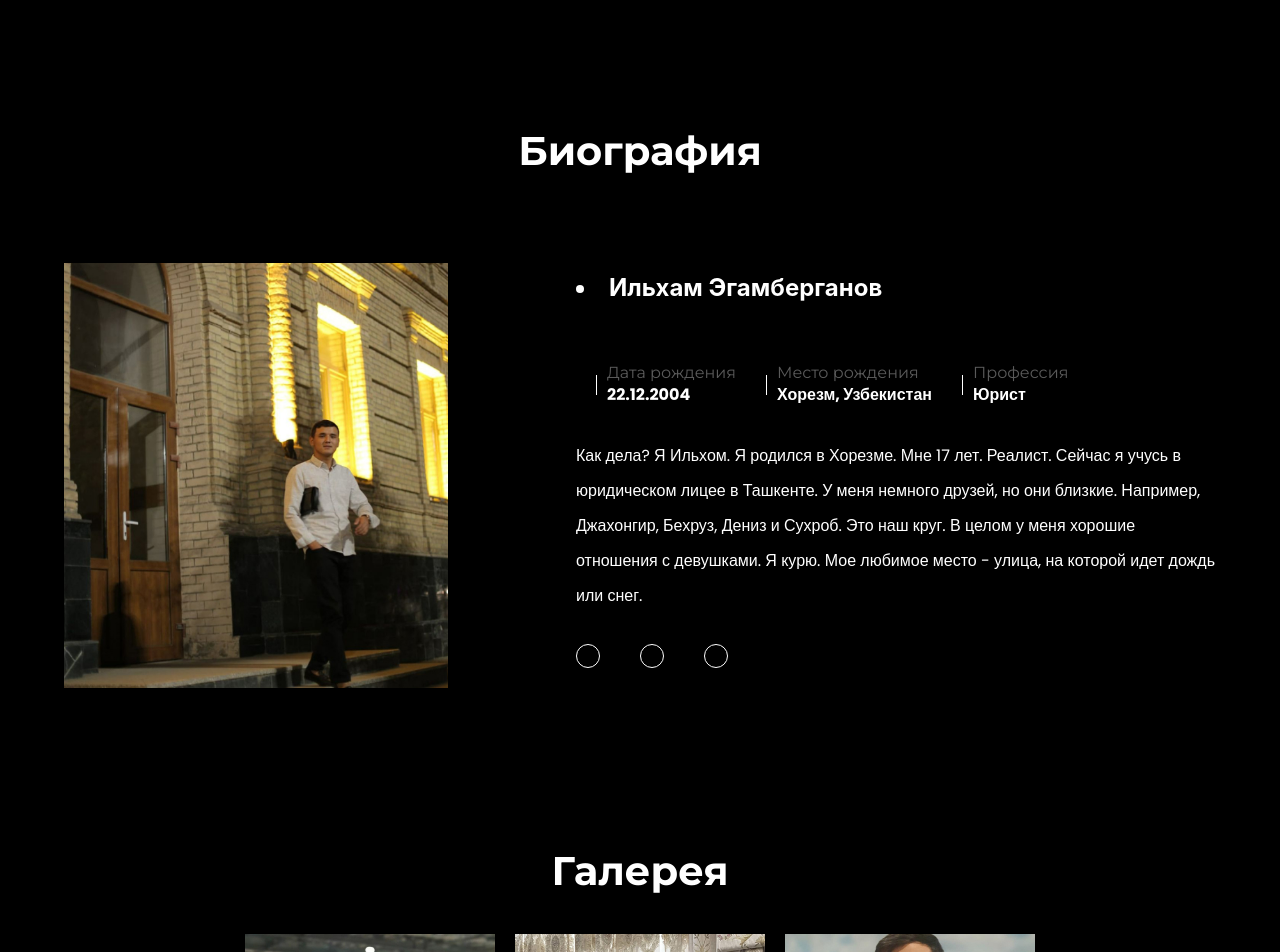
Repository: sardorexe/xishnik
Page: /
These files come from the project's save history. The page is drawn as it stood at one moment and after the next save; the edit follows.
The browser window is 1280 px wide. The pictures show the part of the page from y = 649 to 1601 px (the page is 2160 px tall).
Pictures or frames that could not be fetched are drawn as grey boxes. Some icons come from a web library that is not loaded, so they are not drawn. Some web libraries are served in a nearby version. The project was rebuilt for these pictures with package versions that can differ from the ones it lists, and the page was loaded fresh each time. Some packages were replaced by stand-ins written for this rebuild. The framework's server and built-in components were replaced by stand-ins that run in the browser. Also part of the build but not shown: next.config.js.

Above is the page before, as saved 2021-09-27 21:49:34.

After the next save:
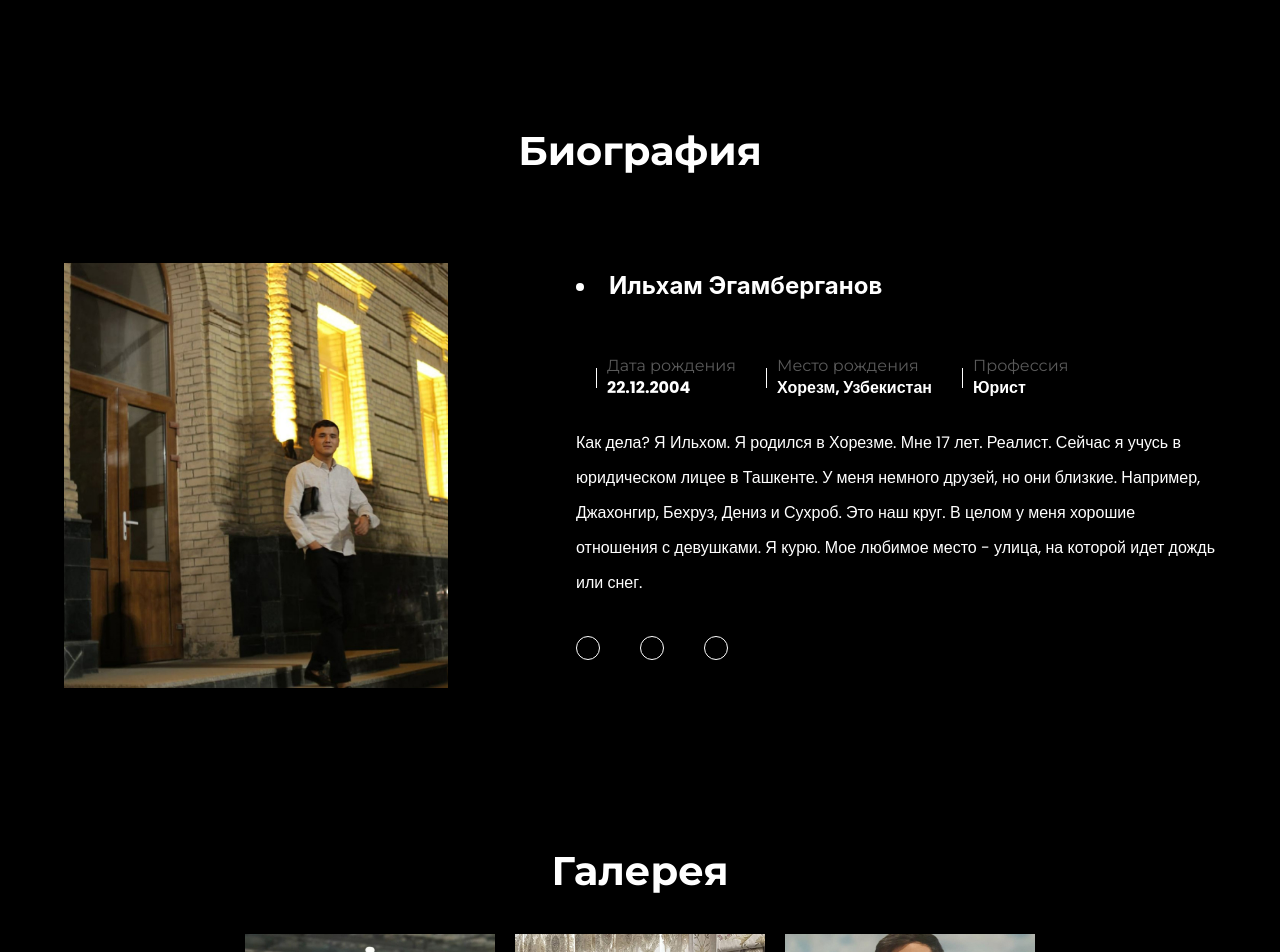
Saved 9 s later.
--- a/styles/Biography.module.css
+++ b/styles/Biography.module.css
@@ -63,7 +63,7 @@
   display: flex;
   flex-direction: row;
   align-items: flex-start;
-  margin: 10px 0;
+  margin: 20px 0;
 }
 
 .freeContent {

After the save that followed:
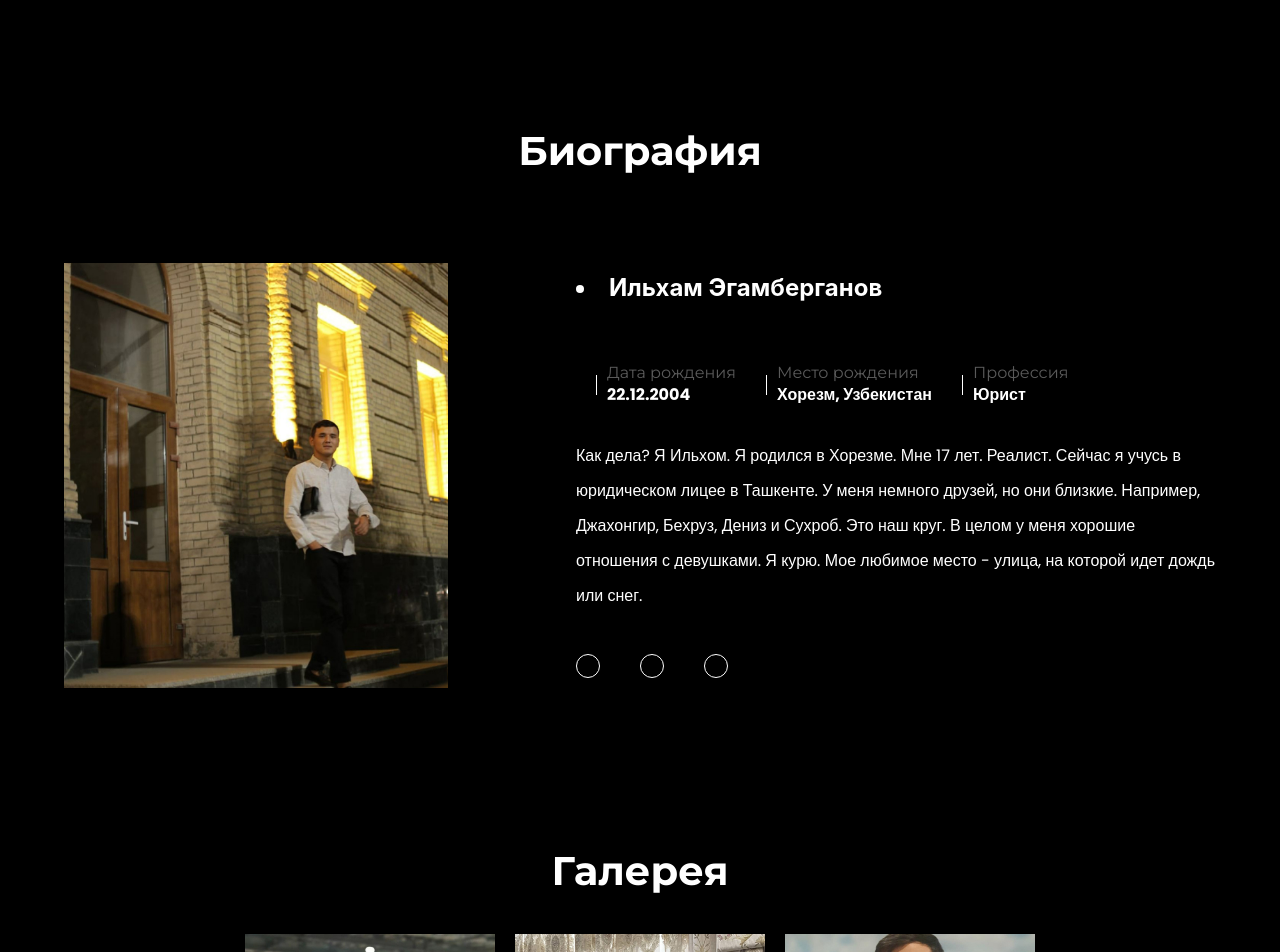
Saved 15 s later.
--- a/styles/Biography.module.css
+++ b/styles/Biography.module.css
@@ -63,7 +63,7 @@
   display: flex;
   flex-direction: row;
   align-items: flex-start;
-  margin: 20px 0;
+  margin-top: 20px;
 }
 
 .freeContent {
